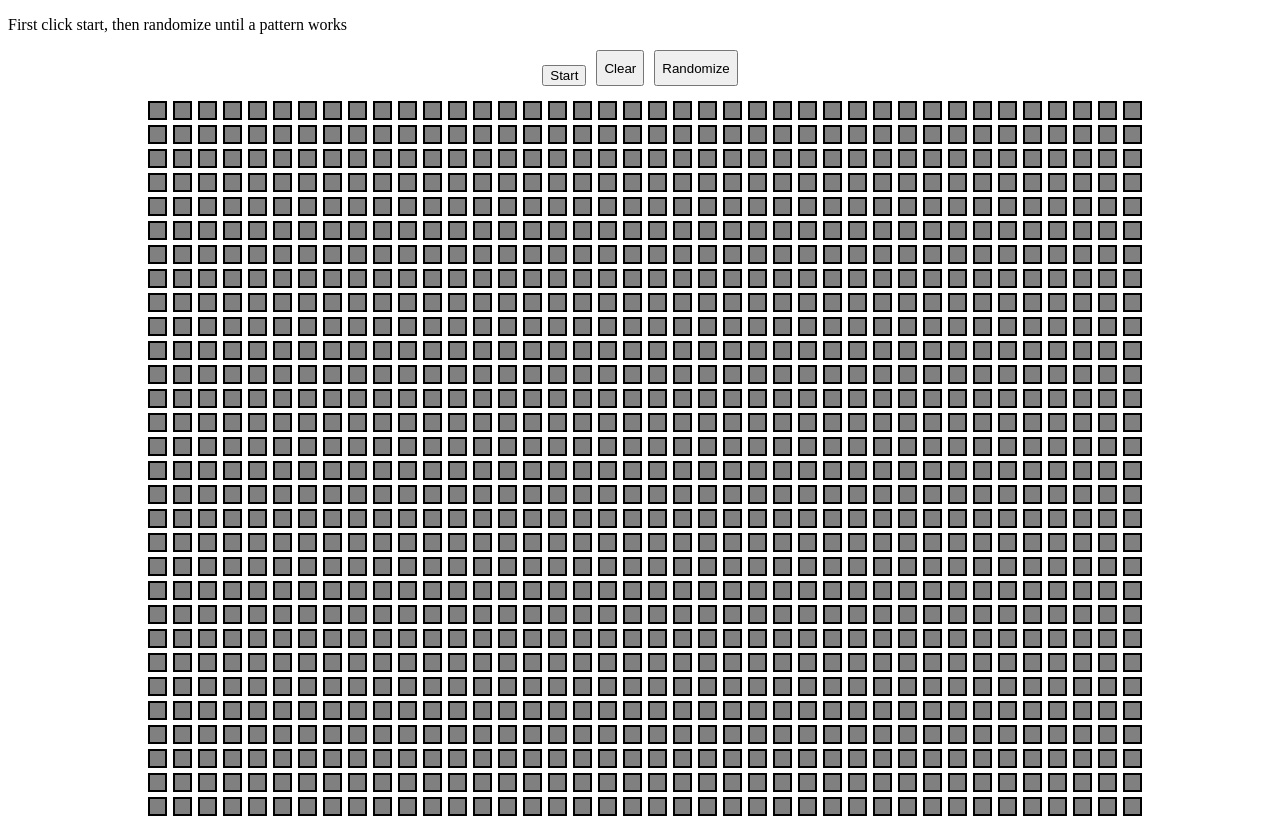
Repository: avanbussum/cellular-automata
Page: /
The author's editor kept a copy of each file at every save. The page is drawn from the files as they stood at one save, then again after the next save.
The browser window is 1280 px wide. The pictures show the whole page.
The project was rebuilt for these pictures with package versions that can differ from the ones it lists, and the page was loaded fresh each time.

Above is the page before, as saved 2023-04-29 01:43:42.

### src/App.js
import React, { useState, useCallback, useRef } from 'react'
import Produce from 'immer';

const numRows = 30;
const numCols = 40;

let rps = false;

// const cell = {alive: 0, type: 0, color: ''};
//const deadcell = {dead: 0, type: 0, color: ''};


const neighborCoordinates = [
  [0, 1],
  [0, -1],
  [1, 1],
  [1, -1],
  [-1, 0],
  [-1, 1],
  [-1, -1],
  [1, 0]
]

const resetGrid = () => {
  const rows = [];
  for (let i = 0; i < numRows; i++) {
    rows.push(Array.from(Array(numCols), () => { const cell = { alive: 0, type: '', color: 'purple' }; return (cell) }
    ))
  }
  console.log(rows.join(rows.type))
  return rows;
}

export const App = () => {
  const [grid, setGrid] = useState(() => {
    return resetGrid()
  });

  const [running, setRunning] = useState(false)

  const runningRef = useRef(running);
  runningRef.current = running

  const runSimulation = useCallback(() => {
    if (!runningRef.current) {
      return;
    }
    setGrid((grid) => {
      return Produce(grid, gridCopy => {
        for (let x = 0; x < numRows; x++) {
          for (let y = 0; y < numCols; y++) {
            let neighbors = 0;
            neighborCoordinates.forEach(([a, b]) => {
              const newX = x + a;
              const newY = y + b;

              if (newX >= 0 && newX < numRows && newY >= 0 && newY < numCols) {
                neighbors += grid[newX][newY].alive
              }
            })

            // "game of life - rules"

            // if (neighbors < 2 || neighbors > 3) {
            //   gridCopy[x][y].alive = 0;
            // } else if (grid[x][y].alive === 0 && neighbors === 3) {
            //   gridCopy[x][y].alive = 1;
            // }

            //"seeds"

            // if (grid[x][y].alive === 1 && neighbors === 2) {
            //   gridCopy[x][y].alive = 1;
            // } else if (grid[x][y].alive === 0 && neighbors === 2) {
            //   gridCopy[x][y].alive = 1;
            // } else {
            //   gridCopy[x][y].alive = 0;
            // }

            // "RPS"
            rps = true
            let r = 0;
            let p = 0;
            let s = 0;
            console.log(s)

            neighborCoordinates.forEach(([a, b]) => {
              const newX = x + a;
              const newY = y + b;

              if (newX >= 0 && newX < numRows && newY >= 0 && newY < numCols) {
                if (grid[newX][newY].type === 'scissors') s++;
                if (grid[newX][newY].type === 'rock') r++;
                if (grid[newX][newY].type === 'paper') p++;
              }
            })

            let cur = grid[x][y];
            if (cur.alive) {
              switch (cur.type) {
                case 'rock':
                  if (p>2) {
                    gridCopy[x][y].type = 'paper';
                    gridCopy[x][y].color = 'green';
                  }
                break;

                case 'paper':

                  if (s>2) {
                    gridCopy[x][y].type = 'scissors';
                    gridCopy[x][y].color = 'red';
                  }
                break;

                case 'scissors':
                  if (r>2) {
                    gridCopy[x][y].type = 'rock';
                    gridCopy[x][y].color = 'blue';
                  }
                break;
              }
            }



          }
        }
      });
    });


    setTimeout(runSimulation, 0.1);
  }, []);




  return (
    <>
    <p>First click start, then randomize until a pattern works</p>
    <div style={{
          display: 'flex',
          justifyContent: 'center',
          marginTop: '15px',
          gap:'10px'
        }}>
          <button
          style={{
          marginTop: '15px',
        }}
        onClick={() => {
          setRunning(!running);
          if (!running) {
            runningRef.current = true;
            runSimulation();
          }
        }}
      >
        {running ? 'Stop' : 'Start'}
      </button>
      <button onClick={() => setGrid(resetGrid())}>Clear</button>
      <button
        onClick={() => {
          const rows = [];

          for (let i = 0; i < numRows; i++) {
            rows.push(
              Array.from(Array(numCols), () => {
                const cell = { alive: 0, type: '', color: 'purple' };
                let prob = 0.4;
                if (rps === true) prob = 1
                if (Math.random() < prob) {
                  cell.alive = 1;
                }
                else {
                  cell.alive = 0;
                }

                if (rps === true) {
                  if (Math.random() < 1 / 3) {
                    cell.type = 'rock';
                    cell.color = 'blue'
                  }
                  else if (Math.random() > 2 / 3) {
                    cell.type = 'paper';
                    cell.color = 'green'

                  }
                  else {
                    cell.type = 'scissors';
                    cell.color = 'red'
                  }
                }

                return cell;
              })
            );
          }
          console.log(rows)
          setGrid(rows);
        }}
      >
        Randomize
      </button>
      </div>

      <div
        style={{
          display: 'grid',
          gridTemplateColumns: `repeat(${numCols}, 10px)`,
          rowGap: '5px',
          columnGap: '15px',
          justifyContent: 'center',
          marginTop: '15px',
        }}
      >
        {grid.map((rows, x) =>
          rows.map((col, y) => (
            <div
              onClick={() => {
                const newGrid = Produce(grid, (gridCopy) => {
                  gridCopy[x][y].alive = grid[x][y].alive ? 0 : 1;
                });
                setGrid(newGrid);
              }}
              key={`${x}-${y}`}
              style={{
                width: 15,
                height: 15,
                backgroundColor: grid[x][y].alive ? grid[x][y].color : 'gray',
                border: 'solid 2px black',
              }}
            />
          ))
        )}
      </div>
    </>
  );
}

export default App;

Loaded but not shown: public/index.html (common file); src/index.js (common file); src/reportWebVitals.js (common file)

After the next save:
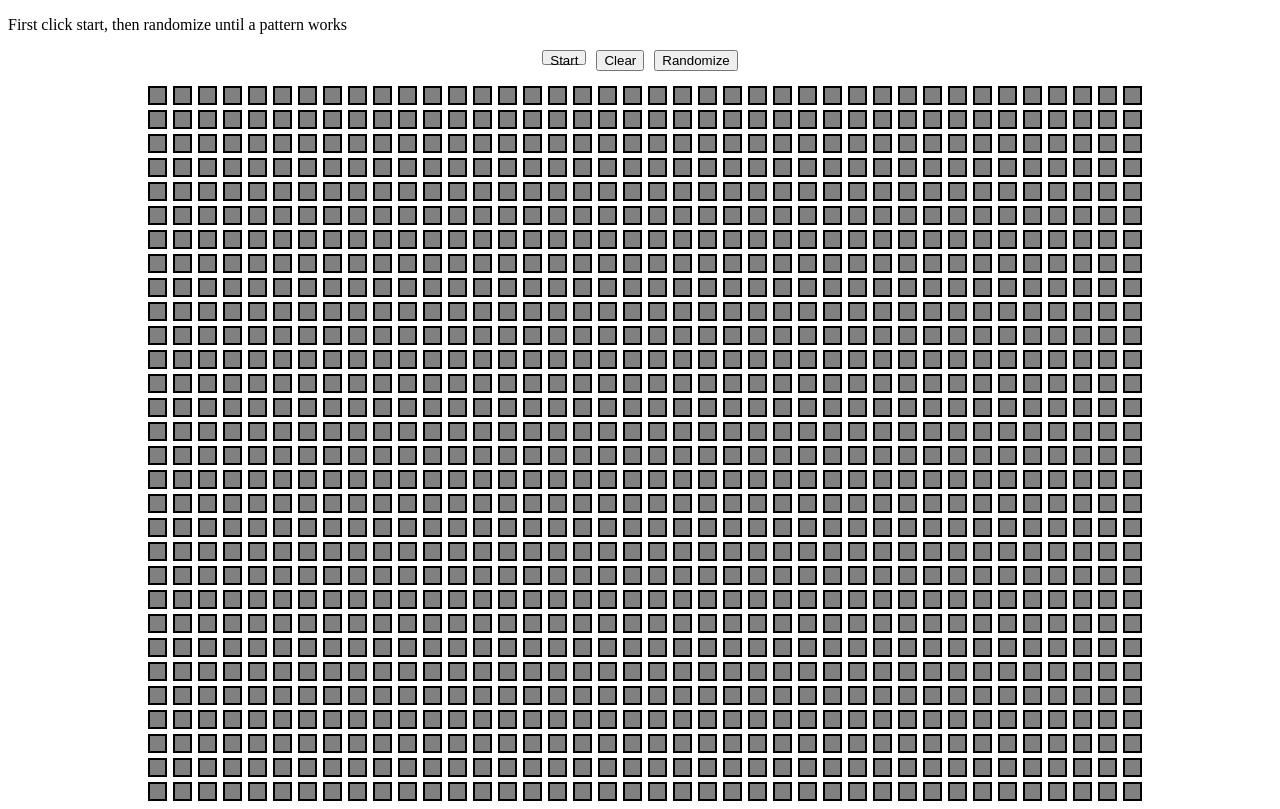
Saved 21 s later.
--- a/src/App.js
+++ b/src/App.js
@@ -147,7 +147,7 @@ export const App = () => {
         }}>
           <button
           style={{
-          marginTop: '15px',
+          height: '15px',
         }}
         onClick={() => {
           setRunning(!running);
